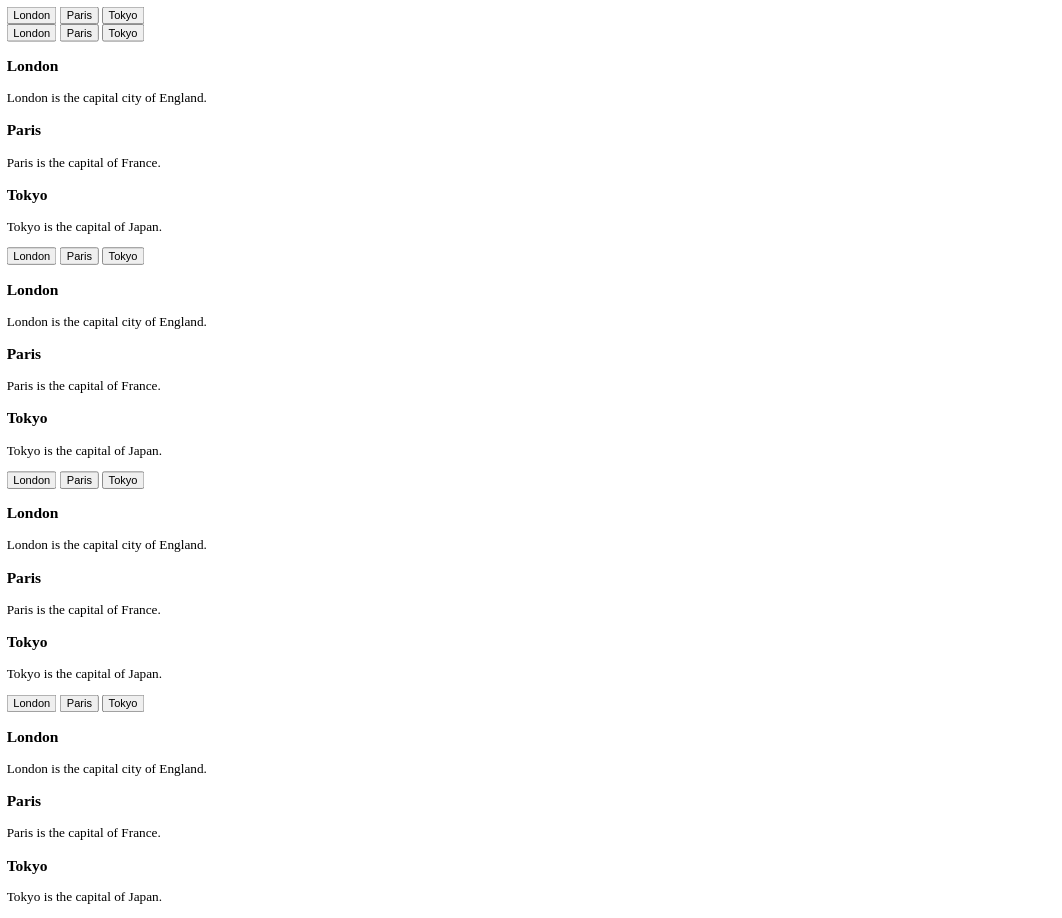
Repository: brandonhyc/note_collection
Page: 基础笔记/HTML_CSS_JS/Examples/inheritanceComponent/index.html
An editor plug-in stored every save of this project. The page is shown before and after the next save, followed by the edit.
The browser window is 1280 px wide. The pictures show the whole page, at 83% of full size.
After loading, the first visible `div.tab` was clicked once.

Above is the page before, as saved 2019-02-15 10:05:08.
Console error: TypeError: Cannot read properties of undefined (reading 'style')

After the next save:
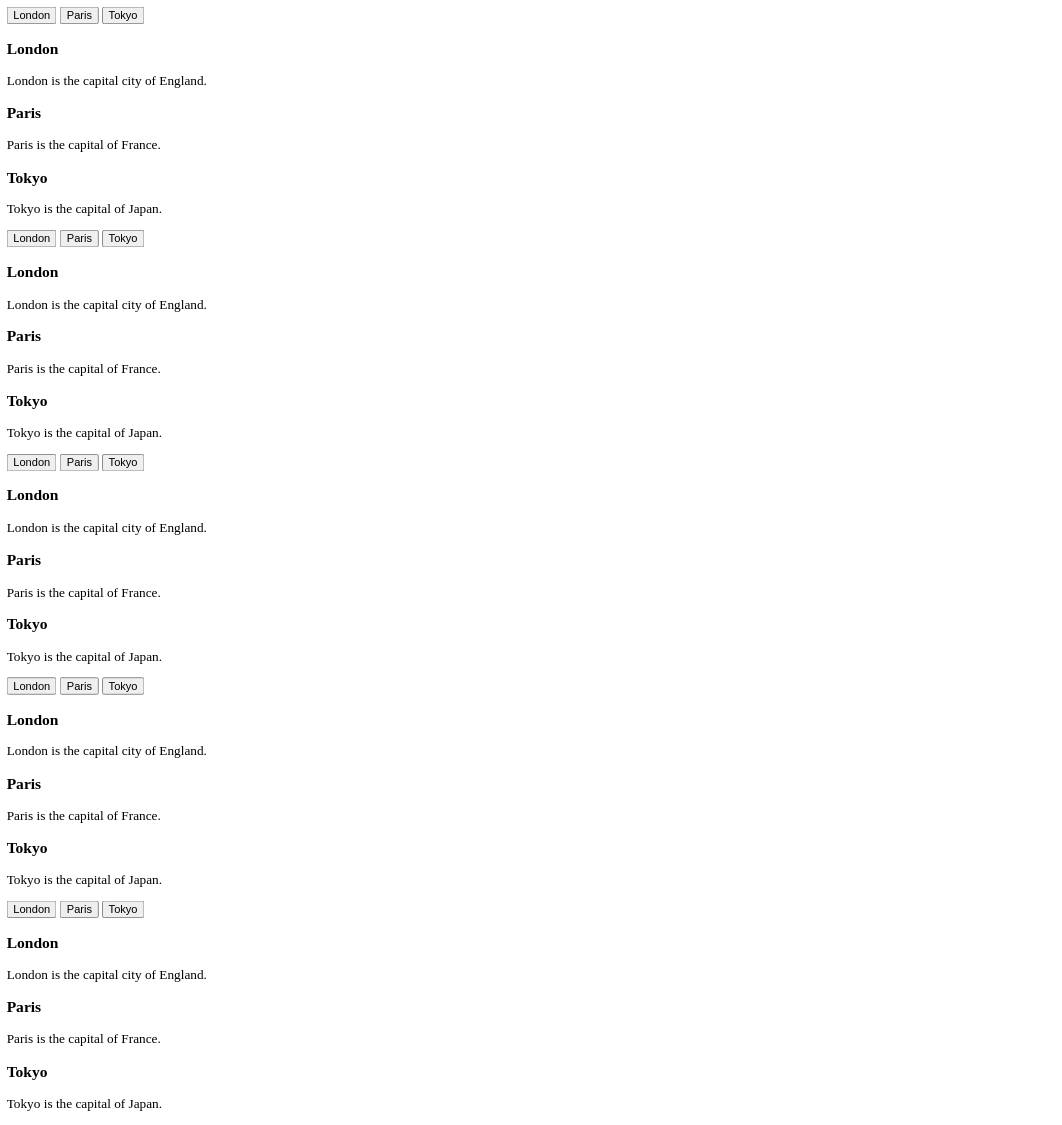
The error is gone.
Saved 2 min 15 s later.
--- a/基础笔记/HTML_CSS_JS/Examples/inheritanceComponent/inheritanceComponent.js
+++ b/基础笔记/HTML_CSS_JS/Examples/inheritanceComponent/inheritanceComponent.js
@@ -23,6 +23,9 @@ class tabSwitcher {
 
 
     switchTab(event) {
+        if (event.target.value == null) {
+            return;
+        }
         let index = event.target.value;
         let tabs = this.parentElement.querySelectorAll(".container div");
         // stop papergate
